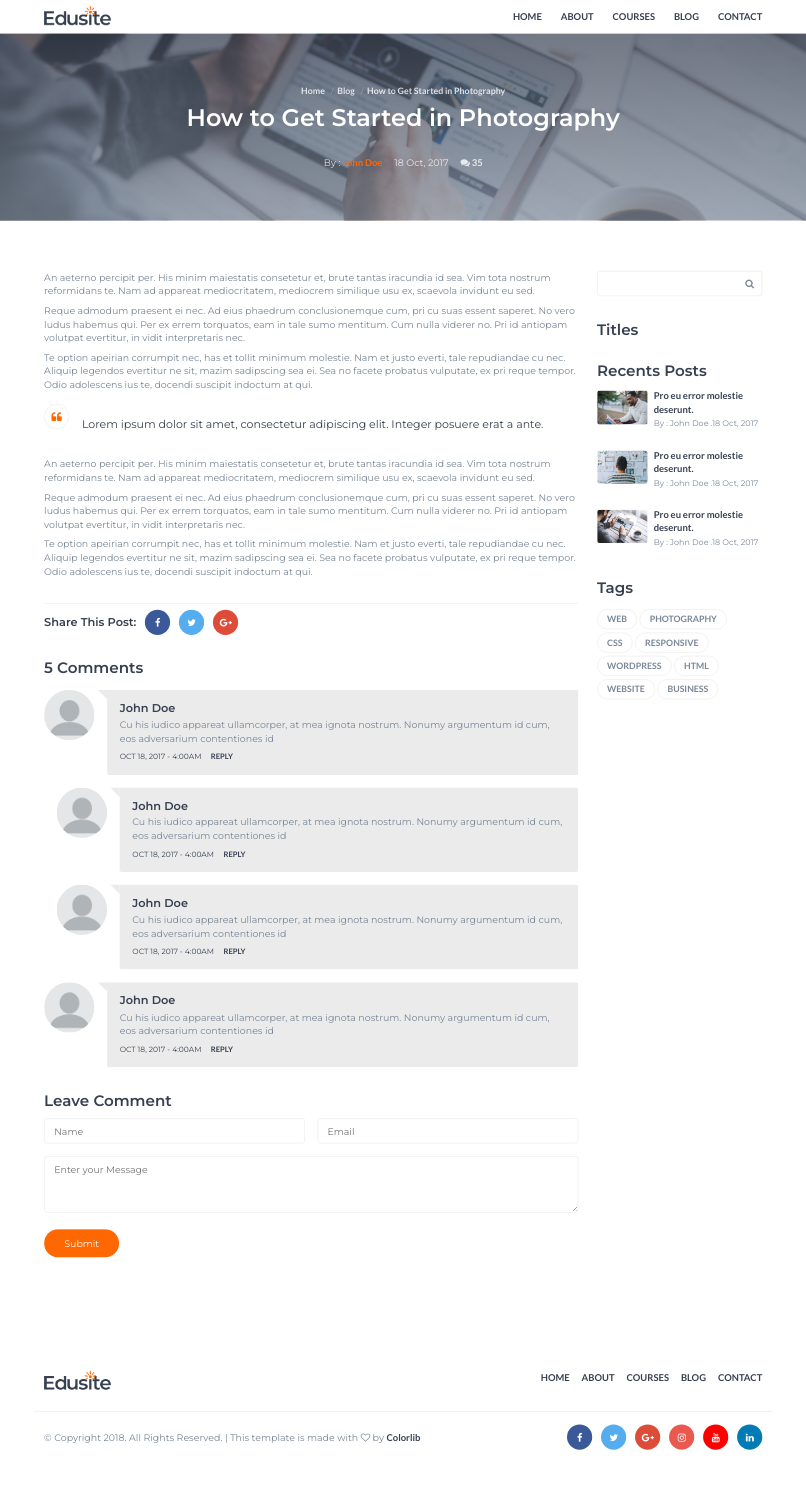
Repository: GuillermoPastrana/EdusiteGCP
Page: http://localhost/blog-post
The author's editor kept a copy of each file at every save. The page is drawn from the files as they stood at one save, then again after the next save.
The browser window is 1280 px wide. The pictures show the whole page, at 63% of full size.
Backgrounds fixed to the window are drawn as part of the page. The page is this project's Thymeleaf template; nobody is signed in. The template is opened directly, without the code that normally fills it, so the values that code supplies are empty.

Above is the page before, as saved 2020-01-23 03:56:51.

### my-web-edusite/src/main/resources/templates/blog-post.html
<!DOCTYPE html>
<html lang="en">
	<head>
		<meta charset="utf-8">
		<meta http-equiv="X-UA-Compatible" content="IE=edge">
		<meta name="viewport" content="width=device-width, initial-scale=1">
		 <!-- The above 3 meta tags *must* come first in the head; any other head content must come *after* these tags -->

		<title th:text="${jaTitle}">HTML Education Template</title>

		<!-- Google font -->
		<link href="https://fonts.googleapis.com/css?family=Lato:700%7CMontserrat:400,600" rel="stylesheet">

		<!-- Bootstrap -->
		<link type="text/css" rel="stylesheet" href="css/bootstrap.min.css"/>

		<!-- Font Awesome Icon -->
		<link rel="stylesheet" href="css/font-awesome.min.css">

		<!-- Custom stlylesheet -->
		<link type="text/css" rel="stylesheet" href="css/style.css"/>

		<!-- HTML5 shim and Respond.js for IE8 support of HTML5 elements and media queries -->
		<!-- WARNING: Respond.js doesn't work if you view the page via file:// -->
		<!--[if lt IE 9]>
		  <script src="https://oss.maxcdn.com/html5shiv/3.7.3/html5shiv.min.js"></script>
		  <script src="https://oss.maxcdn.com/respond/1.4.2/respond.min.js"></script>
		<![endif]-->

    </head>
	<body>

		<!-- Header -->
		<header id="header">
			<div class="container">

				<div class="navbar-header">
					<!-- Logo -->
					<div class="navbar-brand">
						<a class="logo" href="index.html">
							<img src="./img/logo.png" alt="logo">
						</a>
					</div>
					<!-- /Logo -->

					<!-- Mobile toggle -->
					<button class="navbar-toggle">
						<span></span>
					</button>
					<!-- /Mobile toggle -->
				</div>

				<!-- Navigation -->
				<nav id="nav">
					<ul class="main-menu nav navbar-nav navbar-right">
						<li><a href="index.html">Home</a></li>
						<li><a href="#">About</a></li>
						<li><a href="#">Courses</a></li>
						<li><a href="blog.html">Blog</a></li>
						<li><a href="contact.html">Contact</a></li>
					</ul>
				</nav>
				<!-- /Navigation -->

			</div>
		</header>
		<!-- /Header -->

		<!-- Hero-area -->
		<div class="hero-area section">

			<!-- Backgound Image -->
			<div class="bg-image bg-parallax overlay" style="background-image:url(./img/blog-post-background.jpg)"></div>
			<!-- /Backgound Image -->

			<div class="container">
				<div class="row">
					<div class="col-md-10 col-md-offset-1 text-center">
						<ul class="hero-area-tree">
							<li><a href="index.html">Home</a></li>
							<li><a href="blog.html">Blog</a></li>
							<li>How to Get Started in Photography</li>
						</ul>
						<h1 class="white-text">How to Get Started in Photography</h1>
						<ul class="blog-post-meta">
							<li class="blog-meta-author">By : <a href="#">John Doe</a></li>
							<li>18 Oct, 2017</li>
							<li class="blog-meta-comments"><a href="#"><i class="fa fa-comments"></i> 35</a></li>
						</ul>
					</div>
				</div>
			</div>

		</div>
		<!-- /Hero-area -->

		<!-- Blog -->
		<div id="blog" class="section">

			<!-- container -->
			<div class="container">

				<!-- row -->
				<div class="row">

					<!-- main blog -->
					<div id="main" class="col-md-9">

						<!-- blog post -->
						<div class="blog-post">
							<p>An aeterno percipit per. His minim maiestatis consetetur et, brute tantas iracundia id sea. Vim tota nostrum reformidans te. Nam ad appareat mediocritatem, mediocrem similique usu ex, scaevola invidunt eu sed.</p>
							<p>Reque admodum praesent ei nec. Ad eius phaedrum conclusionemque cum, pri cu suas essent saperet. No vero ludus habemus qui. Per ex errem torquatos, eam in tale sumo mentitum. Cum nulla viderer no. Pri id antiopam volutpat evertitur, in vidit interpretaris nec.</p>
							<p>Te option apeirian corrumpit nec, has et tollit minimum molestie. Nam et justo everti, tale repudiandae cu nec. Aliquip legendos evertitur ne sit, mazim sadipscing sea ei. Sea no facete probatus vulputate, ex pri reque tempor. Odio adolescens ius te, docendi suscipit indoctum at qui.</p>
							<blockquote>
							  <p>Lorem ipsum dolor sit amet, consectetur adipiscing elit. Integer posuere erat a ante.</p>
							</blockquote>
							<p>An aeterno percipit per. His minim maiestatis consetetur et, brute tantas iracundia id sea. Vim tota nostrum reformidans te. Nam ad appareat mediocritatem, mediocrem similique usu ex, scaevola invidunt eu sed.</p>
							<p>Reque admodum praesent ei nec. Ad eius phaedrum conclusionemque cum, pri cu suas essent saperet. No vero ludus habemus qui. Per ex errem torquatos, eam in tale sumo mentitum. Cum nulla viderer no. Pri id antiopam volutpat evertitur, in vidit interpretaris nec.</p>
							<p>Te option apeirian corrumpit nec, has et tollit minimum molestie. Nam et justo everti, tale repudiandae cu nec. Aliquip legendos evertitur ne sit, mazim sadipscing sea ei. Sea no facete probatus vulputate, ex pri reque tempor. Odio adolescens ius te, docendi suscipit indoctum at qui.</p>
						</div>
						<!-- /blog post -->

						<!-- blog share -->
						<div class="blog-share">
							<h4>Share This Post:</h4>
							<a href="#" class="facebook"><i class="fa fa-facebook"></i></a>
							<a href="#" class="twitter"><i class="fa fa-twitter"></i></a>
							<a href="#" class="google-plus"><i class="fa fa-google-plus"></i></a>
						</div>
						<!-- /blog share -->

						<!-- blog comments -->
						<div class="blog-comments">
							<h3>5 Comments</h3>

							<!-- single comment -->
							<div class="media">
								<div class="media-left">
									<img src="./img/avatar.png" alt="">
								</div>
								<div class="media-body">
									<h4 class="media-heading">John Doe</h4>
									<p>Cu his iudico appareat ullamcorper, at mea ignota nostrum. Nonumy argumentum id cum, eos adversarium contentiones id</p>
									<div class="date-reply"><span>Oct 18, 2017 - 4:00AM</span><a href="#" class="reply">Reply</a></div>
								</div>

								<!-- comment reply -->
								<div class="media">
									<div class="media-left">
										<img src="./img/avatar.png" alt="">
									</div>
									<div class="media-body">
										<h4 class="media-heading">John Doe</h4>
										<p>Cu his iudico appareat ullamcorper, at mea ignota nostrum. Nonumy argumentum id cum, eos adversarium contentiones id</p>
										<div class="date-reply"><span>Oct 18, 2017 - 4:00AM</span><a href="#" class="reply">Reply</a></div>
									</div>
								</div>
								<!-- /comment reply -->

								<!-- comment reply -->
								<div class="media">
									<div class="media-left">
										<img src="./img/avatar.png" alt="">
									</div>
									<div class="media-body">
										<h4 class="media-heading">John Doe</h4>
										<p>Cu his iudico appareat ullamcorper, at mea ignota nostrum. Nonumy argumentum id cum, eos adversarium contentiones id</p>
										<div class="date-reply"><span>Oct 18, 2017 - 4:00AM</span><a href="#" class="reply">Reply</a></div>
									</div>
								</div>
								<!-- /comment reply -->

							</div>
							<!-- /single comment -->

							<!-- single comment -->
							<div class="media">
								<div class="media-left">
									<img src="./img/avatar.png" alt="">
								</div>
								<div class="media-body">
									<h4 class="media-heading">John Doe</h4>
									<p>Cu his iudico appareat ullamcorper, at mea ignota nostrum. Nonumy argumentum id cum, eos adversarium contentiones id</p>
									<div class="date-reply"><span>Oct 18, 2017 - 4:00AM</span><a href="#" class="reply">Reply</a></div>
								</div>
							</div>
							<!-- /single comment -->

							<!-- blog reply form -->
							<div class="blog-reply-form">
								<h3>Leave Comment</h3>
								<form>
									<input class="input name-input" type="text" name="name" placeholder="Name">
									<input class="input email-input" type="email" name="email" placeholder="Email">
									<textarea class="input" name="message" placeholder="Enter your Message"></textarea>
									<button class="main-button icon-button">Submit</button>
								</form>
							</div>
							<!-- /blog reply form -->

						</div>
						<!-- /blog comments -->
					</div>
					<!-- /main blog -->

					<!-- aside blog -->
					<div id="aside" class="col-md-3">

						<!-- search widget -->
						<div class="widget search-widget">
							<form>
								<input class="input" type="text" name="search">
								<button><i class="fa fa-search"></i></button>
							</form>
						</div>
						<!-- /search widget -->

						<!-- category widget -->
						<div class="widget category-widget">
							<h3>Titles</h3>
							<title th:text="${jaTitle}"></title>
						</div>
						<!-- /category widget -->

						<!-- posts widget -->
						<div class="widget posts-widget">
							<h3>Recents Posts</h3>

							<!-- single posts -->
							<div class="single-post">
								<a class="single-post-img" href="blog-post.html">
									<img src="./img/post01.jpg" alt="">
								</a>
								<a href="blog-post.html">Pro eu error molestie deserunt.</a>
								<p><small>By : John Doe .18 Oct, 2017</small></p>
							</div>
							<!-- /single posts -->

							<!-- single posts -->
							<div class="single-post">
								<a class="single-post-img" href="blog-post.html">
									<img src="./img/post02.jpg" alt="">
								</a>
								<a href="blog-post.html">Pro eu error molestie deserunt.</a>
								<p><small>By : John Doe .18 Oct, 2017</small></p>
							</div>
							<!-- /single posts -->

							<!-- single posts -->
							<div class="single-post">
								<a class="single-post-img" href="blog-post.html">
									<img src="./img/post03.jpg" alt="">
								</a>
								<a href="blog-post.html">Pro eu error molestie deserunt.</a>
								<p><small>By : John Doe .18 Oct, 2017</small></p>
							</div>
							<!-- /single posts -->

						</div>
						<!-- /posts widget -->

						<!-- tags widget -->
						<div class="widget tags-widget">
							<h3>Tags</h3>
							<a class="tag" href="#">Web</a>
							<a class="tag" href="#">Photography</a>
							<a class="tag" href="#">Css</a>
							<a class="tag" href="#">Responsive</a>
							<a class="tag" href="#">Wordpress</a>
							<a class="tag" href="#">Html</a>
							<a class="tag" href="#">Website</a>
							<a class="tag" href="#">Business</a>
						</div>
						<!-- /tags widget -->

					</div>
					<!-- /aside blog -->

				</div>
				<!-- row -->

			</div>
			<!-- container -->

		</div>
		<!-- /Blog -->

		<!-- Footer -->
		<footer id="footer" class="section">

			<!-- container -->
			<div class="container">

				<!-- row -->
				<div class="row">

					<!-- footer logo -->
					<div class="col-md-6">
						<div class="footer-logo">
							<a class="logo" href="index.html">
								<img src="./img/logo.png" alt="logo">
							</a>
						</div>
					</div>
					<!-- footer logo -->

					<!-- footer nav -->
					<div class="col-md-6">
						<ul class="footer-nav">
							<li><a href="index.html">Home</a></li>
							<li><a href="#">About</a></li>
							<li><a href="#">Courses</a></li>
							<li><a href="blog.html">Blog</a></li>
							<li><a href="contact.html">Contact</a></li>
						</ul>
					</div>
					<!-- /footer nav -->

				</div>
				<!-- /row -->

				<!-- row -->
				<div id="bottom-footer" class="row">

					<!-- social -->
					<div class="col-md-4 col-md-push-8">
						<ul class="footer-social">
							<li><a href="#" class="facebook"><i class="fa fa-facebook"></i></a></li>
							<li><a href="#" class="twitter"><i class="fa fa-twitter"></i></a></li>
							<li><a href="#" class="google-plus"><i class="fa fa-google-plus"></i></a></li>
							<li><a href="#" class="instagram"><i class="fa fa-instagram"></i></a></li>
							<li><a href="#" class="youtube"><i class="fa fa-youtube"></i></a></li>
							<li><a href="#" class="linkedin"><i class="fa fa-linkedin"></i></a></li>
						</ul>
					</div>
					<!-- /social -->

					<!-- copyright -->
					<div class="col-md-8 col-md-pull-4">
						<div class="footer-copyright">
							<span>&copy; Copyright 2018. All Rights Reserved. | This template is made with <i class="fa fa-heart-o" aria-hidden="true"></i> by <a href="https://colorlib.com">Colorlib</a></span>
						</div>
					</div>
					<!-- /copyright -->

				</div>
				<!-- row -->

			</div>
			<!-- /container -->

		</footer>
		<!-- /Footer -->

		<!-- preloader -->
		<div id='preloader'><div class='preloader'></div></div>
		<!-- /preloader -->


		<!-- jQuery Plugins -->
		<script type="text/javascript" src="js/jquery.min.js"></script>
		<script type="text/javascript" src="js/bootstrap.min.js"></script>
		<script type="text/javascript" src="js/main.js"></script>

	</body>
</html>

Loaded but not shown: my-web-edusite/src/main/resources/static/css/bootstrap.min.css (library); my-web-edusite/src/main/resources/static/css/font-awesome.min.css (library); my-web-edusite/src/main/resources/static/js/jquery.min.js (library); my-web-edusite/src/main/resources/static/js/bootstrap.min.js (library); my-web-edusite/src/main/resources/static/js/main.js (common file); my-web-edusite/src/main/resources/static/css/style.css (1328 lines, source omitted)

After the next save:
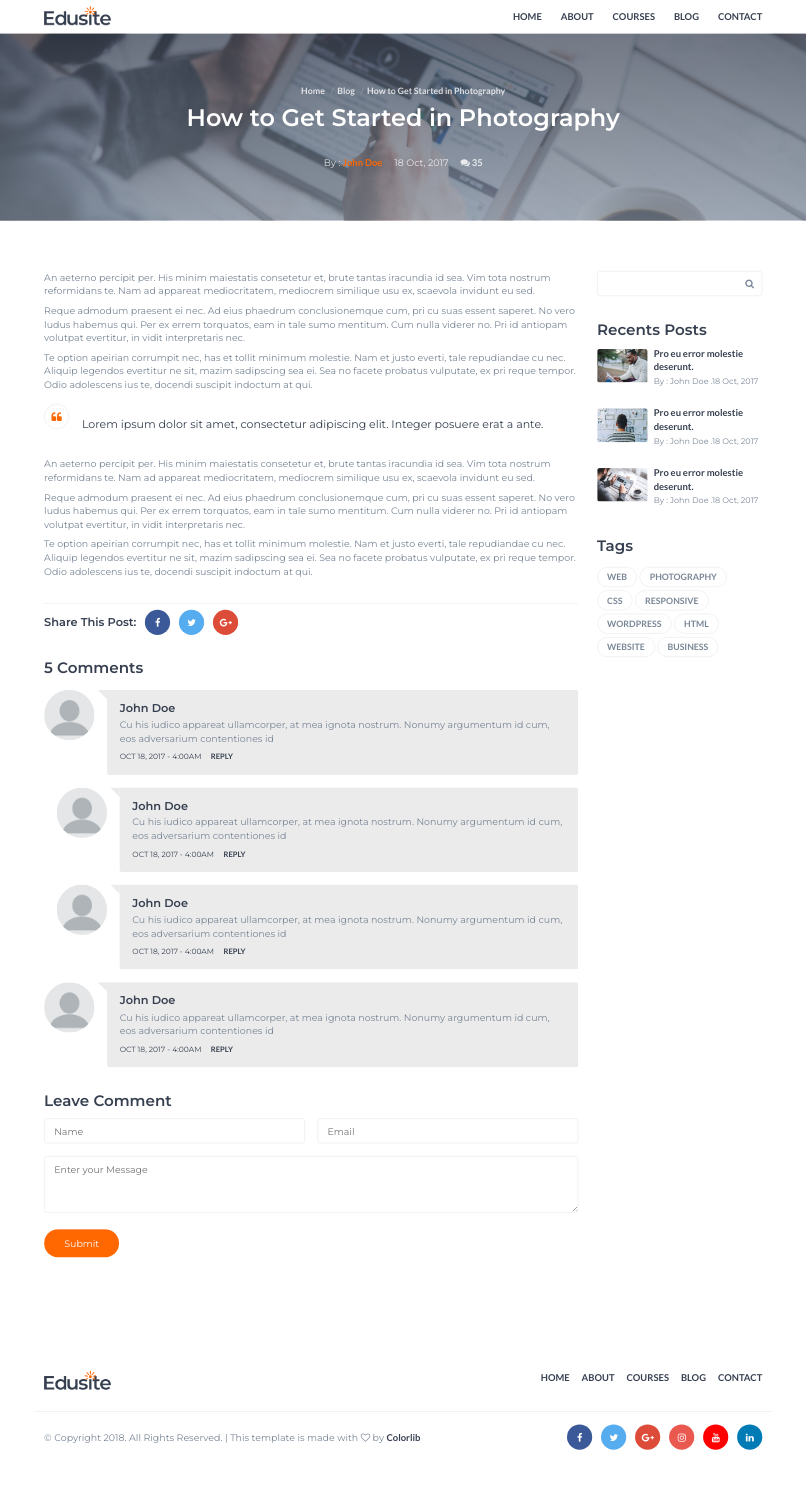
Saved 10 s later.
--- a/my-web-edusite/src/main/resources/templates/blog-post.html
+++ b/my-web-edusite/src/main/resources/templates/blog-post.html
@@ -217,7 +217,6 @@
 
 						<!-- category widget -->
 						<div class="widget category-widget">
-							<h3>Titles</h3>
 							<title th:text="${jaTitle}"></title>
 						</div>
 						<!-- /category widget -->
